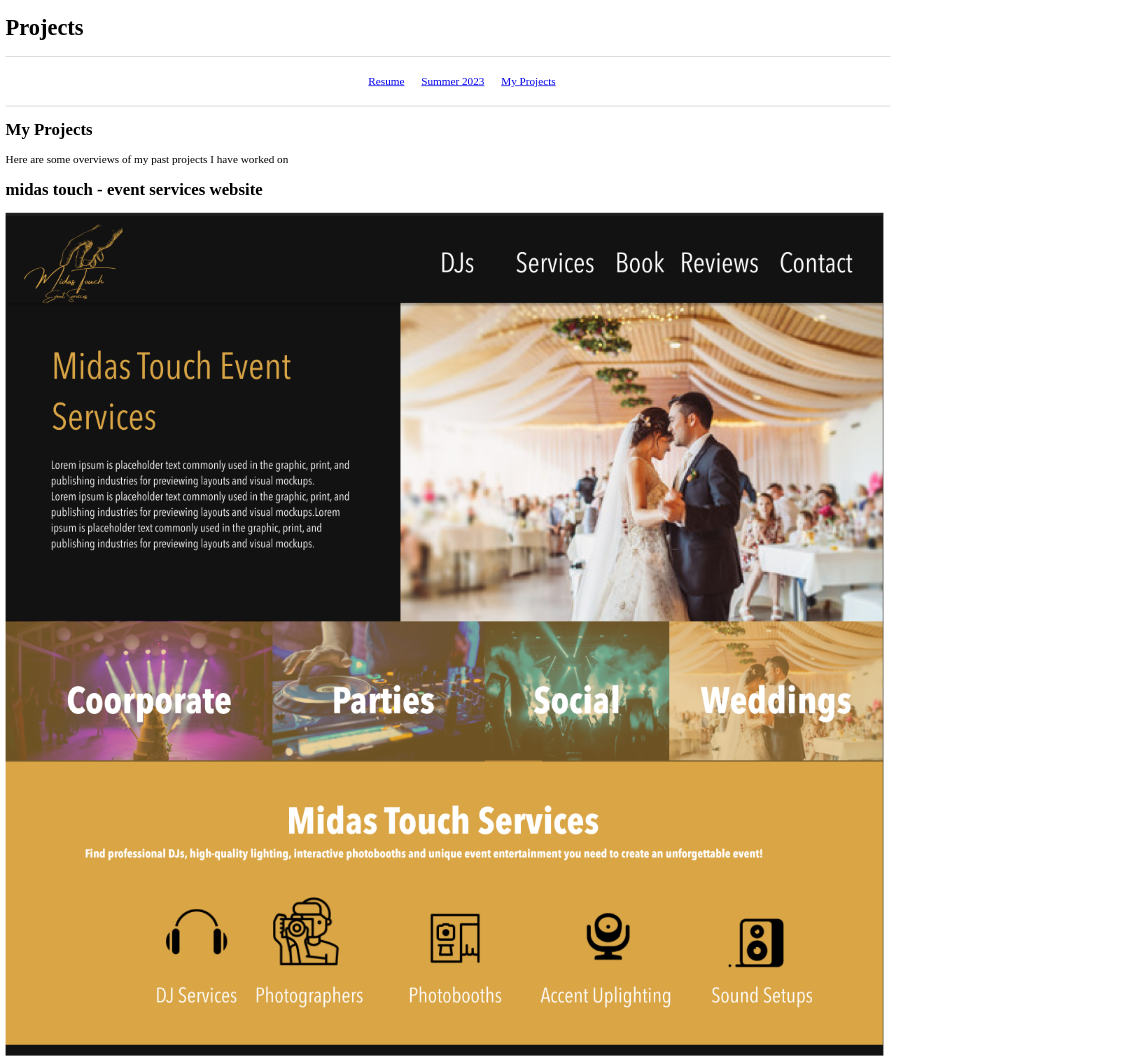
Repository: kayacancode/itm361project1
Page: projects.html
An editor plug-in stored every save of this project. The page is shown before and after the next save, followed by the edit.
The browser window is 1280 px wide. The page is 1610 px wide, so the pictures cover 1610 px, including what lies to the right of the window. The pictures show the part of the page from y = 0 to 1520 px (the page is 3906 px tall before and 4424 px after), at 70% of full size.
Some web fonts or font styles are not loaded; a fallback is used.

Above is the page before, as saved 2023-03-03 18:23:09.

After the next save:
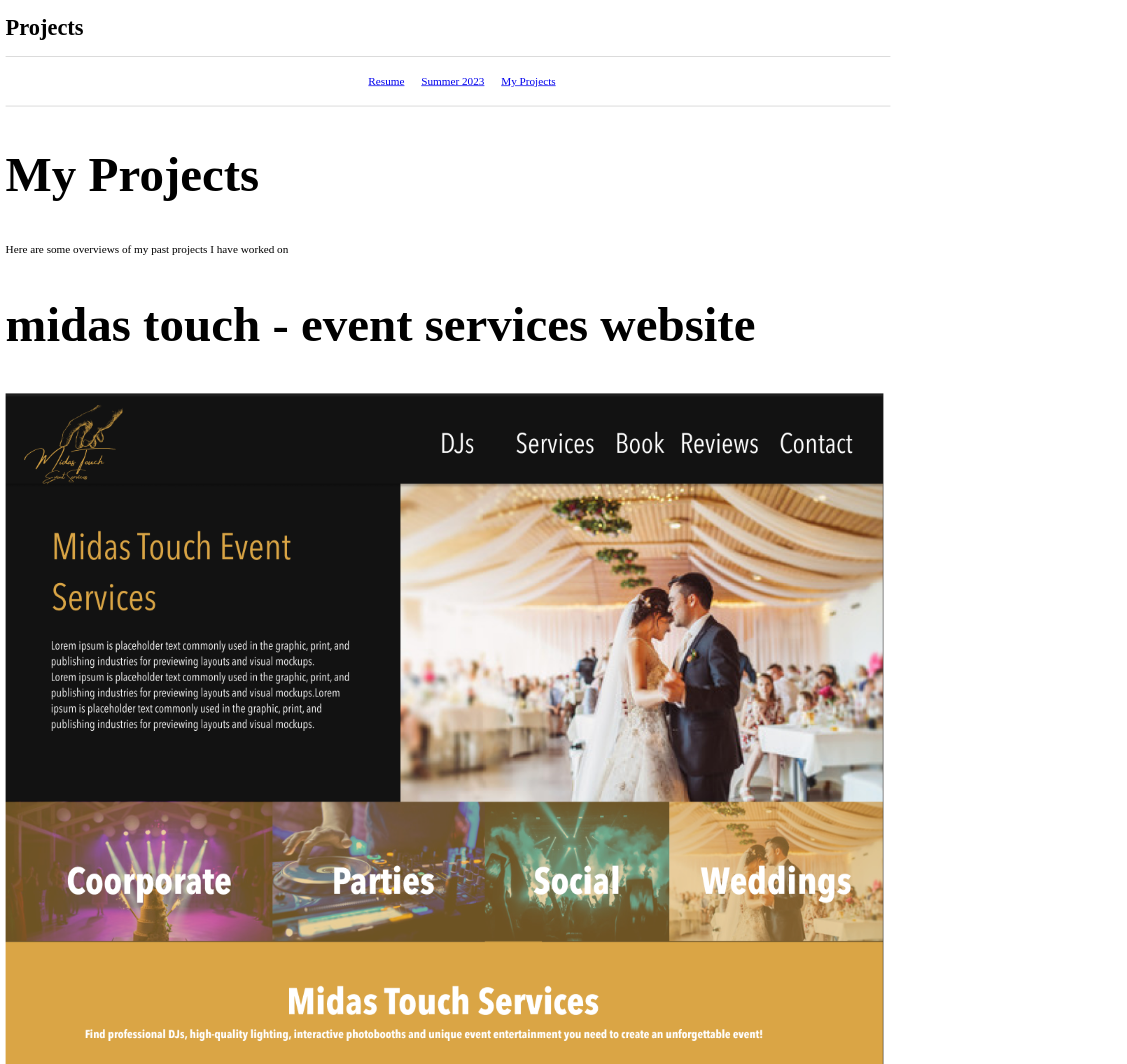
Saved 35 s later.
--- a/css/style.css
+++ b/css/style.css
@@ -24,3 +24,6 @@
     font-family: "Tilt Warp", cursive;
 
 }
+h2{
+    font-size: 70px;
+}
